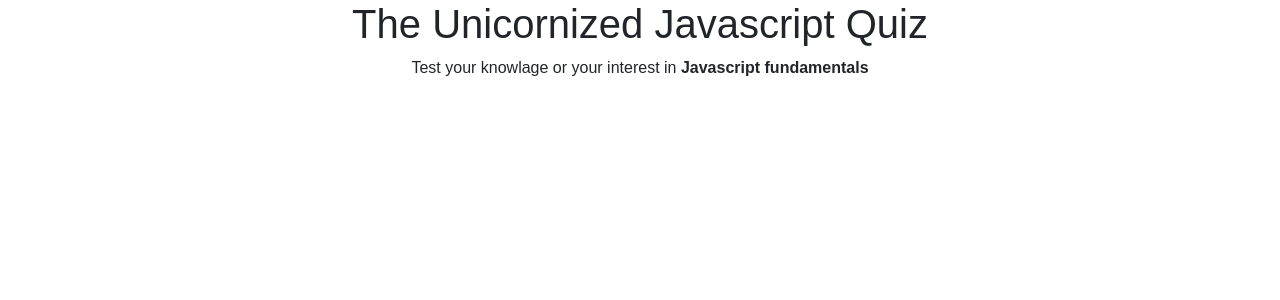
Repository: CharlotteAneriksson/donutQuiz
Page: index.html
The author's editor kept a record of every edit. The page is drawn from the files as they stood at one moment, then again after the next edit.
The browser window is 1280 px wide. The pictures show the whole page.

Above is the page before.

After the next edit:
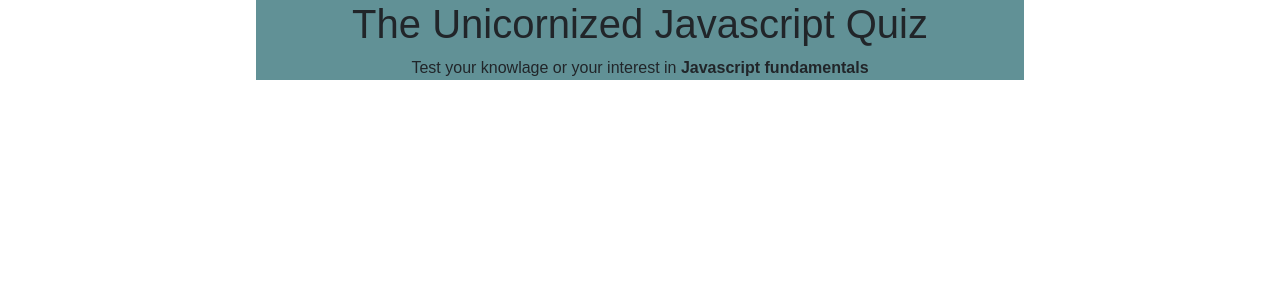
The edit:
--- a/css/style.css
+++ b/css/style.css
@@ -9,4 +9,5 @@
 .container{
     width:60%;
     margin: 0 auto;
+    background-color:#619196;
 }
